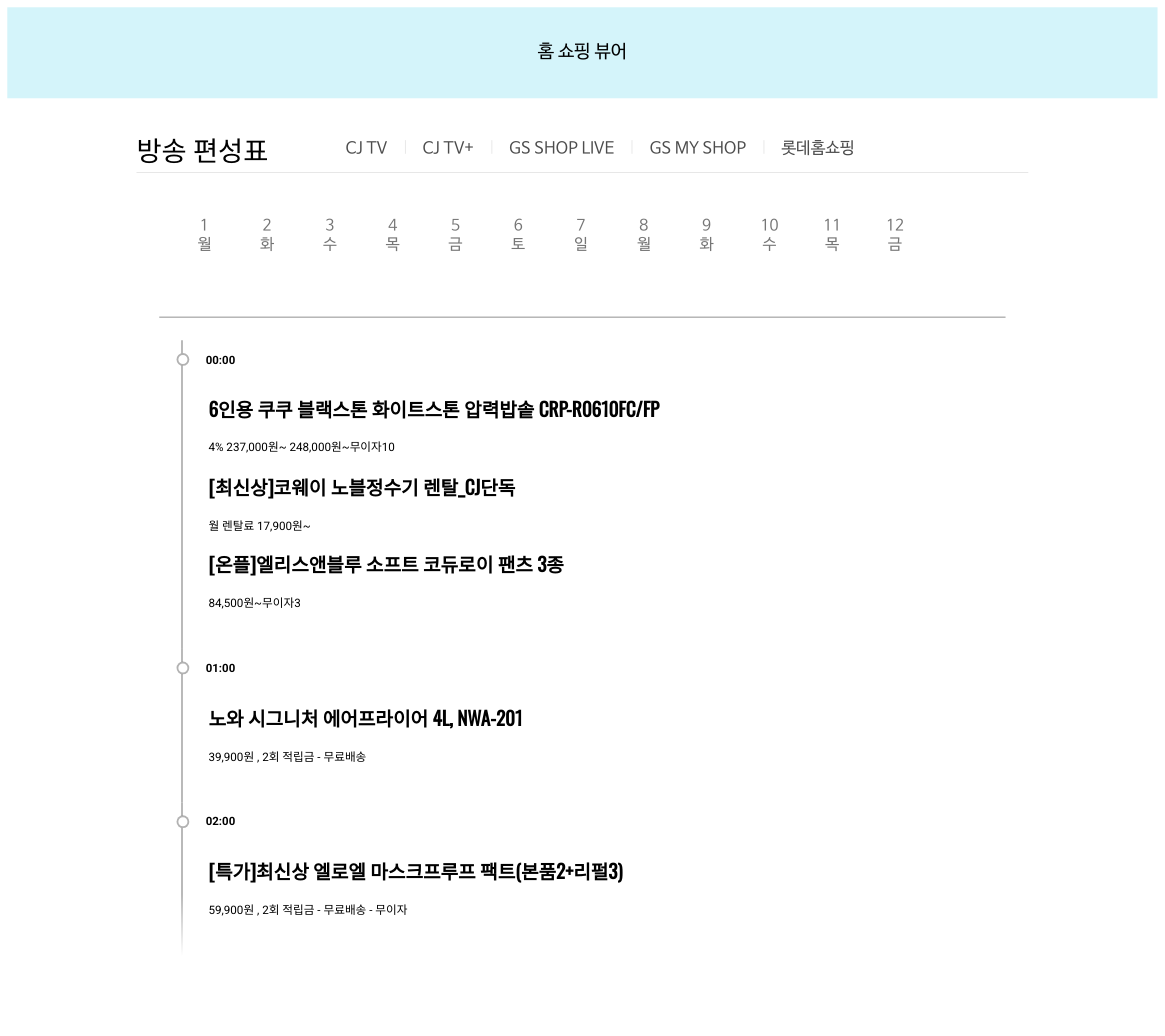
Repository: Kds010/HomeShopping
Page: http://localhost/index
An editor plug-in stored every save of this project. The page is shown before and after a run of saves, followed by the edit.
The browser window is 1280 px wide. The pictures show the whole page, at 91% of full size.
The page is this project's Thymeleaf template; nobody is signed in. The template is opened directly, without the code that normally fills it, so the values that code supplies are empty.

Above is the page before, as saved 2021-12-18 11:43:14.

### homeshopping/src/main/resources/templates/index.html
<!DOCTYPE html>
<html xmlns:th="http://www.thymeleaf.org">
<head>
<meta charset="UTF-8">
<title>SC쇼핑바라기</title>
</head>
<body>
<div id="wrap">
	<th:block th:replace="header.html"></th:block>
	<div id="container">
		<div class="content">
			<div class="fiexd_wrap">

				<div class="fixed_wrap_div">
					<h2 class="fiexd_wrap_tit">방송 편성표</h2>
					<ul class="ch_list_tab" id="ch_list_tab">
						<li class="">CJ TV</li>
						<li class="">CJ TV+</li>
						<li class="">GS SHOP LIVE</li>
						<li class="">GS MY SHOP</li>
						<li class="">롯데홈쇼핑</li>
					</ul>
				</div>

				<ul class="list_date" id="scheduleDate">
					<li data-dt="20211201">
						<a href="javascript:;" class="date_cont">
							<span class="num_date">1</span>
							<span class="txt_date">월</span></a></li>
					<li data-dt="20211202">
						<a href="javascript:;" class="date_cont">
							<span class="num_date">2</span>
							<span class="txt_date">화</span></a></li>
					<li data-dt="20211203">
						<a href="javascript:;" class="date_cont">
							<span class="num_date">3</span>
							<span class="txt_date">수</span></a></li>
					<li data-dt="20211204">
						<a href="javascript:;" class="date_cont">
							<span class="num_date">4</span>
							<span class="txt_date">목</span></a></li>
					<li data-dt="20211205">
						<a href="javascript:;" class="date_cont">
							<span class="num_date">5</span>
							<span class="txt_date">금</span></a></li>
					<li data-dt="20211206">
						<a href="javascript:;" class="date_cont">
							<span class="num_date">6</span>
							<span class="txt_date">토</span></a></li>
					<li data-dt="20211207">
						<a href="javascript:;" class="date_cont">
							<span class="num_date">7</span>
							<span class="txt_date">일</span></a></li>
					<li data-dt="20211208">
						<a href="javascript:;" class="date_cont">
							<span class="num_date">8</span>
							<span class="txt_date">월</span></a></li>
					<li data-dt="20211209">
						<a href="javascript:;" class="date_cont">
							<span class="num_date">9</span>
							<span class="txt_date">화</span></a></li>
					<li data-dt="20211210">
						<a href="javascript:;" class="date_cont">
							<span class="num_date">10</span>
							<span class="txt_date">수</span></a></li>
					<li data-dt="20211211">
						<a href="javascript:;" class="date_cont">
							<span class="num_date">11</span>
							<span class="txt_date">목</span></a></li>
					<li data-dt="20211212">
						<a href="javascript:;" class="date_cont">
							<span class="num_date">12</span>
							<span class="txt_date">금</span></a></li>
				</ul>
			</div>

			<div class="state_bar past" id="status_bar_area">

			</div>

			<div class="cont-list">

				<div class="timeline-item" date-is='00:00'>
					<h2>6인용 쿠쿠 블랙스톤 화이트스톤 압력밥솥 CRP-R0610FC/FP</h2>
					<p>
						4% 237,000원~ 248,000원~무이자10
					</p>
					<h2>[최신상]코웨이 노블정수기 렌탈_CJ단독</h2>
					<p>
						월 렌탈료 17,900원~
					</p>
					<h2>[온플]엘리스앤블루 소프트 코듀로이 팬츠 3종</h2>
					<p>
						84,500원~무이자3
					</p>
				</div>

				<div class="timeline-item" date-is='01:00'>
					<h2>노와 시그니처 에어프라이어 4L, NWA-201</h2>
					<p>
						39,900원 , 2회 적립금 - 무료배송
					</p>
				</div>

				<div class="timeline-item" date-is='02:00'>
					<h2>[특가]최신상 엘로엘 마스크프루프 팩트(본품2+리펄3)</h2>
					<p>
						59,900원 , 2회 적립금 - 무료배송 - 무이자
					</p>
				</div>

			</div>

		</div>
	</div>
</div>
</body>
</html>

### homeshopping/src/main/resources/templates/header.html
<!DOCTYPE html>
<html>
<head>
<meta charset="UTF-8">
<link rel="stylesheet" type="text/css" href="/css/main.css">
<link rel="stylesheet" type="text/css" href="/css/font.css">
<script src="/js/jquery-3.6.0.js" defer></script>
<script src="/js/index.js" defer></script>
</head>
<body>
<div class="header">
	<div class="header-content">
		홈 쇼핑 뷰어
	</div>
</div>
</body>
</html>

### homeshopping/src/main/resources/static/css/main.css
@charset "UTF-8";

/* // ----------------  THE BASICS */

@import url('https://fonts.googleapis.com/css?family=Oswald|Roboto:400,700');

/* // ----------------  THE FONTS */

h1, h2, h3, h4, h5, h6 {
	font-family: 'Oswald', sans-serif;
}

h1 {
	font-size: 2rem;
	margin-bottom: .5em;
}

p {
	font-family: 'Roboto', sans-serif;
	font-size: .8rem;
}


body{
	font-family: 'NanumBarunGothic', sans-serif;
    /* font-size: 12px; */
    font-size: 14px;
    line-height: 1.5;
}


div{
	display:block;
}

li, ol, ul{
	list-style: none;
}

li{
	display: list-item;
    text-align: -webkit-match-parent;
}

ul{
	list-style-type: disc;
}

a{
	color: inherit;
    text-decoration: none;
}

/* h1, h2, h3, h4, h5, h6{
	display: block;
    font-size: 1.5em;
    margin-block-start: 0.83em;
    margin-block-end: 0.83em;
    margin-inline-start: 0px;
    margin-inline-end: 0px;
    font-weight: bold;
} */

#wrap{
	min-width: 1240px;
}

.header {
	display: flex;
	background: #D4F4FA;
	width: 100%;
	height: 100px;
	font-size:20px;
	text-align: center;
}

.header-content{
    width: 1180px;
    margin: auto;
}

#container{
	position: relative;
    width: 1180px;
    min-height: 802px;
    margin: 0 auto;
    padding-bottom: 80px;
    zoom: 1;
}

.content{
	width:980px;
	margin:0 auto;
}

.fiexd_wrap{
	width:980px;
	margin-top: 30px;
}

.fixed_wrap_div{
	overflow: hidden;
	margin-bottom: 10px;
	border-bottom: 1px solid #e5e5e5;
}


.fiexd_wrap_tit{
	float: left;
    margin-top: 3px;
    margin-bottom: 3px;
    font-weight: 400;
    font-size: 30px;
    line-height: 1.5;
}

.ch_list_tab{
	overflow: hidden;
    float: left;
    margin: 12px 0 0 6px;
}

.ch_list_tab li{
	position: relative;
    float: left;
    margin-left: 39px;
    font-size: 18px;
    color: #4d4d4d;
    text-decoration: none;
}

.ch_list_tab li:nth-child(1):after {
    content: normal;
}

.ch_list_tab li:after {
	position: absolute;
    top: 4px;
    left: -20px;
    width: 1px;
    height: 15px;
    background-color: #e6e6e6;
    content: '';
}

.list_date {
	display: inline-block;
}

.list_date li{
	vertical-align: top;
	float: left;
    padding: 10px 3px;
    color: #767676;
    text-align: center;
    margin:0;
}

.list_date .date_cont{
	display: block;
    width: 31px;
    padding: 14px 16px 10px;
    font-size: 17px;
    line-height: 21px;
    text-decoration: none;
}

.list_date .num_date{
	display: block;
    height: 20px;
}

.list_date .txt_date{
	display: block;
    line-height: 24px;
}



/* // ----------------  LAYOUT */

.cont-list {
	max-width: 1024px;
	width: 90%;
	margin: 0 auto;
}

/* // ----------------  THE FONTS */

/* $border-color: rgba(black, .3); */

.timeline-item {
	padding: 3em 2em 2em;
	position: relative;
	color: rgba(black, .7);
	/* border-left: 2px solid $border-color; */
	border-left: 2px solid rgba(0, 0, 0, 0.3);
}
.timeline-item::before {
		content: attr(date-is);
		position: absolute;
		left: 2em;
		font-weight: bold;
		top: 1em;
		display: block;
		font-family: 'Roboto', sans-serif;
		font-weight: 700;
		font-size: 0.785rem;
	}

.timeline-item::after {
		width: 10px;
		height: 10px;
		display: block;
		top: 1em;
		position: absolute;
		left: -7px;
		border-radius: 10px;
		content: "";
		/* border: 2px solid $border-color; */
		border: 2px solid rgba(0, 0, 0, 0.3);
		background: white;
	}

.timeline-item:last-child {
			border-image: linear-gradient(to bottom, rgba(0, 0, 0, 0.3) 60%, rgba(0, 0, 0, 0)) 1 100%;
		;
	}
}

.timeline-item	p {
		font-size: 1rem;
}

.state_bar{
	display: block;
	overflow: hidden;
    /* height: 50px; */
    background-color: #e5e5e5;
    width:930px;
    height: 1px;
    margin: 25px auto;
}

.state_bar.past{
	background-color: #868686;
}

### homeshopping/src/main/resources/static/css/font.css
@charset "UTF-8";
@font-face {
    font-family: 'NanumBarunGothic';
    src:url('/fonts/NanumBarunGothic.ttf') format('woff'),
        url('/fonts/NanumBarunGothic.ttf') format('woff2');
    font-weight: 400;
}

Loaded but not shown: homeshopping/src/main/resources/static/js/jquery-3.6.0.js (library); homeshopping/src/main/resources/static/js/index.js (no copy from this time; the picture is the same without it)

After the next 2 saves:
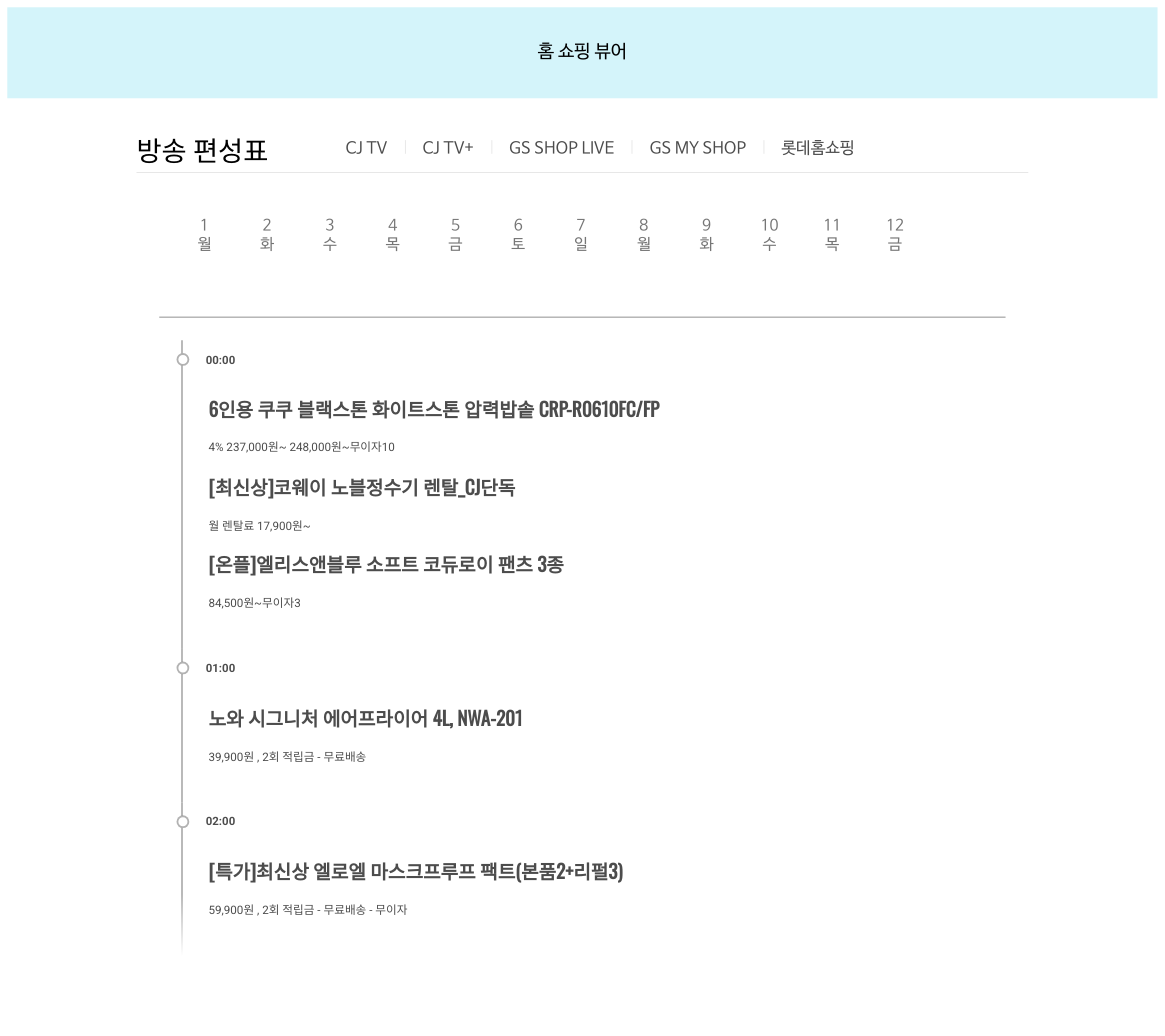
The 2 saves are shown as one change because they came seconds apart.
The last was saved 2 min 56 s later.
--- a/homeshopping/src/main/resources/static/css/main.css
+++ b/homeshopping/src/main/resources/static/css/main.css
@@ -192,7 +192,8 @@ a{
 .timeline-item {
 	padding: 3em 2em 2em;
 	position: relative;
-	color: rgba(black, .7);
+	/* color: rgba(black, .7); */
+	color: rgba(0, 0, 0, 0.7);
 	/* border-left: 2px solid $border-color; */
 	border-left: 2px solid rgba(0, 0, 0, 0.3);
 }
